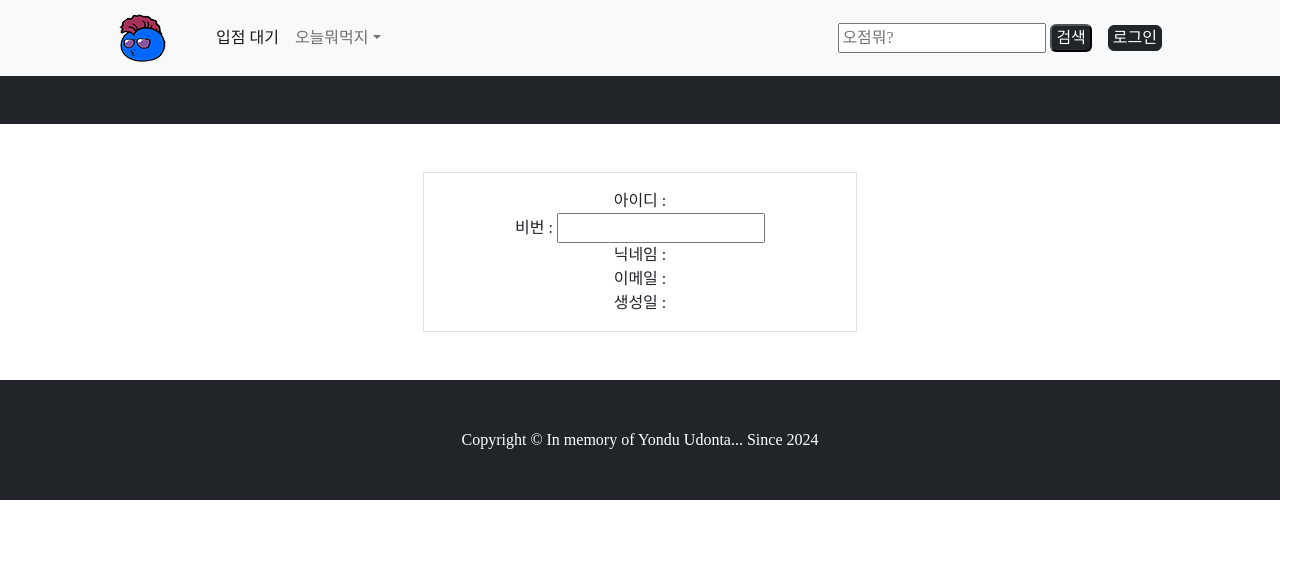
Repository: ashwan94/ydzone
Page: http://localhost/YonduZone/user/view
These files come from the project's save history. The page is drawn as it stood at one moment and after the next save; the edit follows.
The browser window is 1280 px wide. The page is 1292 px wide, so the pictures cover 1292 px, including what lies to the right of the window. The pictures show the whole page.
Some web fonts or font styles are not loaded; a fallback is used. The page is served by Tomcat 9. Other server files are loaded and not shown.

Above is the page before, as saved 2024-04-28 11:35:46.

### YonduZone/src/main/webapp/WEB-INF/views/user/view.jsp
<%@ page language="java" contentType="text/html; charset=UTF-8"
	pageEncoding="UTF-8"%>
<%@ taglib prefix="c" uri="http://java.sun.com/jsp/jstl/core"%>
<jsp:include page="/WEB-INF/views/common/header.jsp">
	<jsp:param value="마이페이지" name="title" />
</jsp:include>

<c:set var="user" value="${userInfo }" />
<div class="row my-5">
	<div class="col-4"></div>
	<div class="col-4 text-center border p-3">
		<div>아이디 : ${user.id }</div>
		<div>
			비번 : <input type="password" value="${user.pw }">
		</div>
		<div>닉네임 : ${user.nickname }</div>
		<div>이메일 : ${user.email }</div>
		<div>생성일 : ${user.createDate }</div>
		<div class="col-4"></div>
	</div>
</div>
<jsp:include page="/WEB-INF/views/common/footer.jsp" />

### YonduZone/src/main/webapp/WEB-INF/views/common/header.jsp
<%@ page language="java" contentType="text/html; charset=UTF-8"
	pageEncoding="UTF-8"%>
<%@ taglib prefix="c" uri="http://java.sun.com/jsp/jstl/core"%>
<!DOCTYPE html>
<html lang="en">
<head>
<meta charset="UTF-8">
<meta name="viewport"
	content="width=device-width, initial-scale=1, shrink-to-fit=no" />
<meta name="description" content="" />
<meta name="author" content="" />
<!-- Favicon-->
<link rel="icon" type="image/x-icon" href="assets/favicon.ico" />
<!-- Bootstrap icons-->
<link
	href="https://cdn.jsdelivr.net/npm/bootstrap-icons@1.5.0/font/bootstrap-icons.css"
	rel="stylesheet" />
<!-- Core theme CSS (includes Bootstrap)-->
<link href="/Bootstrap/css/styles.css" rel="stylesheet" />
<title>${param.title }</title>
<style>
	a{
		text-decoration:none;
		color:black;
	}
	a:hover{
		color:rgb(57, 151, 255);
	}

	@font-face {
    font-family: 'SUIT-Regular';
    src: url('https://cdn.jsdelivr.net/gh/projectnoonnu/noonfonts_suit@1.0/SUIT-Regular.woff2') format('woff2');
    font-weight: normal;
    font-style: normal;
	}

	* {
		font-family: 'SUIT-Regular';
	}
</style>

</head>
<body>
	<header>
		<nav class="navbar navbar-expand-lg navbar-light bg-light">
			<div class="container px-4 px-lg-5">
				<a class="navbar-brand" href="/main"><img src="${pageContext.request.contextPath }/Source/header/logo/main_logo.png" alt="Welcome to YouduZone!"></a>
				<button class="navbar-toggler" type="button" data-bs-toggle="collapse" data-bs-target="#navbarSupportedContent" aria-controls="navbarSupportedContent" aria-expanded="false" aria-label="Toggle navigation">
					<span class="navbar-toggler-icon"></span>
				</button>
				<div class="collapse navbar-collapse" id="navbarSupportedContent">
					<ul class="navbar-nav me-auto mb-2 mb-lg-0 ms-lg-4">
						<li class="nav-item">
							<a class="nav-link active" aria-current="page" href="/restaurant/stanby?userNo=${sessionScope.user.no }" data-value="${sessionScope.user.no }" id="stanbyRestaurant">입점 대기</a>
						</li>
						<li class="nav-item dropdown">
                            <a class="nav-link dropdown-toggle" id="navbarDropdown" href="#" role="button" data-bs-toggle="dropdown" aria-expanded="false">오늘뭐먹지</a>
                            <ul class="dropdown-menu text-center" aria-labelledby="navbarDropdown">
                                <li><a class="dropdown-item" href="/restaurant/category?category=밥">밥</a></li>
                                <li><a class="dropdown-item" href="/restaurant/category?category=국/찌개">국/찌개</a></li>
                                <li><a class="dropdown-item" href="/restaurant/category?category=면/분식">면/분식</a></li>
                                <li><a class="dropdown-item" href="/restaurant/category?category=야식">야식</a></li>
                            </ul>
                        </li>
					</ul>

					<form action="/restaurant/search" method="get" class="d-flex">
						<label>
							<input type="text" name="searchWord" placeholder="오점뭐?" id="searchBar">
							<button type="submit" class="badge bg-dark text-white fs-6 rounded-25 p-1 fw-normal me-3">검색</button>
						</label>
					</form>
					<c:choose>
						<c:when test="${not empty sessionScope.user }">
							<a href="/restaurant/add" class="badge d-flex bg-dark text-white mx-2 p-1 rounded-25 fs-6 fw-normal">밥집 추가</a>
							<a href="/user/view"><span class="badge bg-dark text-white p-1 rounded-25 fs-6 fw-normal me-2">${sessionScope.user.nickName } 님</span></a>
							<form action="/logout" method="get">
								<button type="submit" class="d-flex badge bg-dark text-white p-1 rounded-25 fs-6 fw-normal">로그아웃</button>
							</form>
						</c:when>
						<c:otherwise>
							<form action="/login" method="get" class="d-flex">
								<button type="submit" class="badge btn btn-outline-dark bg-dark text-white p-1 rounded-25 fs-6 fw-normal">로그인</button>
							</form>
							<input type="hidden" id="loginCheck" value="${empty sessionScope.user }">
						</c:otherwise>
					</c:choose>
				</div>
			</div>
		</nav>
		<div class="container-fluid bg-dark p-3">
			<div class="text-center text-white my-3">
				<h1 class="display-4 fw-bolder">${param.center }</h1>
				<p class="lead fw-normal text-white-50 mb-0">${param.content }</p>
			</div>
		</div>
	</header>

### YonduZone/src/main/webapp/WEB-INF/views/common/footer.jsp
<%@ page language="java" contentType="text/html; charset=UTF-8"
	pageEncoding="UTF-8"%>
<footer class="py-5 bg-dark">
<div class="container">
	<p class="m-0 text-center text-white">Copyright &copy; In memory of Yondu Udonta... Since 2024</p>
</div>
</footer>
<!-- Bootstrap core JS-->
<script src="https://cdn.jsdelivr.net/npm/bootstrap@5.3.3/dist/js/bootstrap.bundle.min.js"></script>
<!-- Core theme JS-->
<script src="/Bootstrap/js/scripts.js"></script>
<script>
	const priceEl = document.querySelectorAll(".price");

	priceEl.forEach(el => {
		if(el == null) {
			console.log("There are no any price elements");
		} else{
			el.innerText = parseInt(el.innerText).toLocaleString() + "원";
		}
	})

	/* const searchBar = document.querySelector("#searchBar");
	searchBar.select(); */

	const loginCheck = document.querySelector("#loginCheck");
	const stanbyRestaurant = document.querySelector("#stanbyRestaurant");

	stanbyRestaurant.addEventListener("click", function(e) {
		e.preventDefault();

		if(loginCheck) {
			alert("로그인 이후 이용 가능합니다.");
			location.href = "/login";
		}else{
			location.href = "/restaurant/stanby?userNo=" + stanbyRestaurant.getAttribute("data-value");
		}
	})
</script>
</body>
</html>

### YonduZone/src/main/java/user/ViewServlet.java
package user;

import java.io.IOException;
import javax.servlet.ServletException;
import javax.servlet.annotation.WebServlet;
import javax.servlet.http.HttpServlet;
import javax.servlet.http.HttpServletRequest;
import javax.servlet.http.HttpServletResponse;
import javax.servlet.http.HttpSession;

@WebServlet("/user/view")
public class ViewServlet extends HttpServlet {

	protected void doGet(HttpServletRequest request, HttpServletResponse response) throws ServletException, IOException {
		HttpSession session = request.getSession();
		UserVO vo = (UserVO)session.getAttribute("user");

		request.setAttribute("userInfo", vo);
		request.getRequestDispatcher("/WEB-INF/views/user/view.jsp").forward(request, response);
	}
}

Loaded but not shown: YonduZone/src/main/webapp/Bootstrap/css/styles.css (library); YonduZone/src/main/webapp/Bootstrap/js/scripts.js (common file)

After the next save:
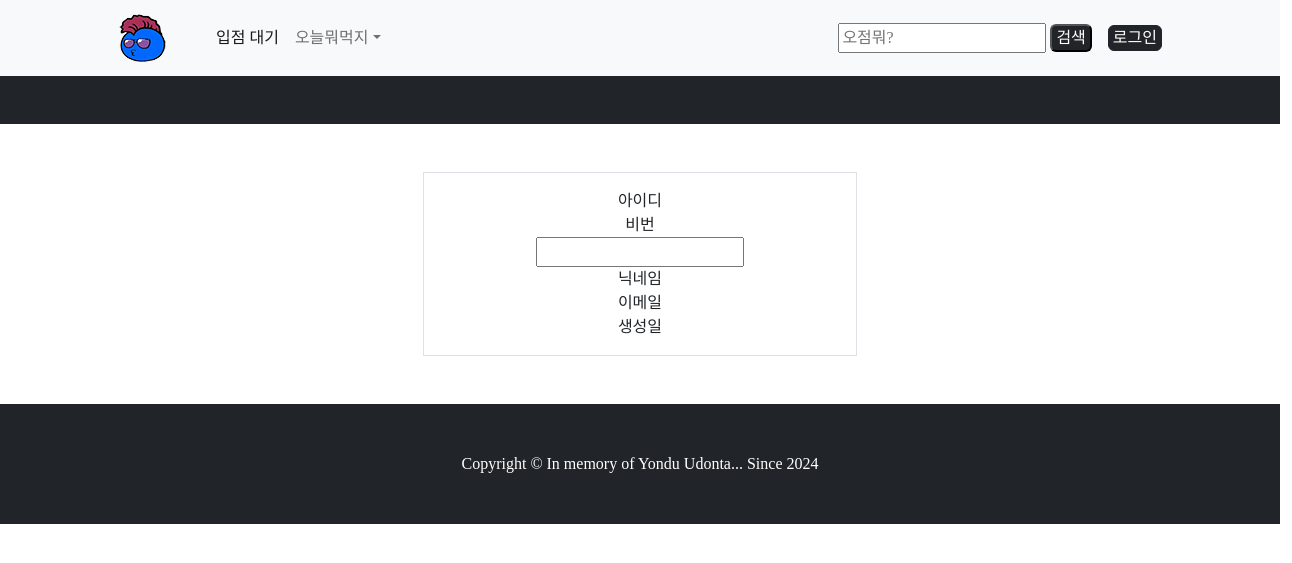
Saved 21 s later.
--- a/YonduZone/src/main/webapp/WEB-INF/views/user/view.jsp
+++ b/YonduZone/src/main/webapp/WEB-INF/views/user/view.jsp
@@ -9,13 +9,13 @@
 <div class="row my-5">
 	<div class="col-4"></div>
 	<div class="col-4 text-center border p-3">
-		<div>아이디 : ${user.id }</div>
+		<div>아이디 <br> ${user.id }</div>
 		<div>
-			비번 : <input type="password" value="${user.pw }">
+			비번 <br> <input type="password" value="${user.pw }">
 		</div>
-		<div>닉네임 : ${user.nickname }</div>
-		<div>이메일 : ${user.email }</div>
-		<div>생성일 : ${user.createDate }</div>
+		<div>닉네임 <br> ${user.nickname }</div>
+		<div>이메일 <br> ${user.email }</div>
+		<div>생성일 <br> ${user.createDate }</div>
 		<div class="col-4"></div>
 	</div>
 </div>
